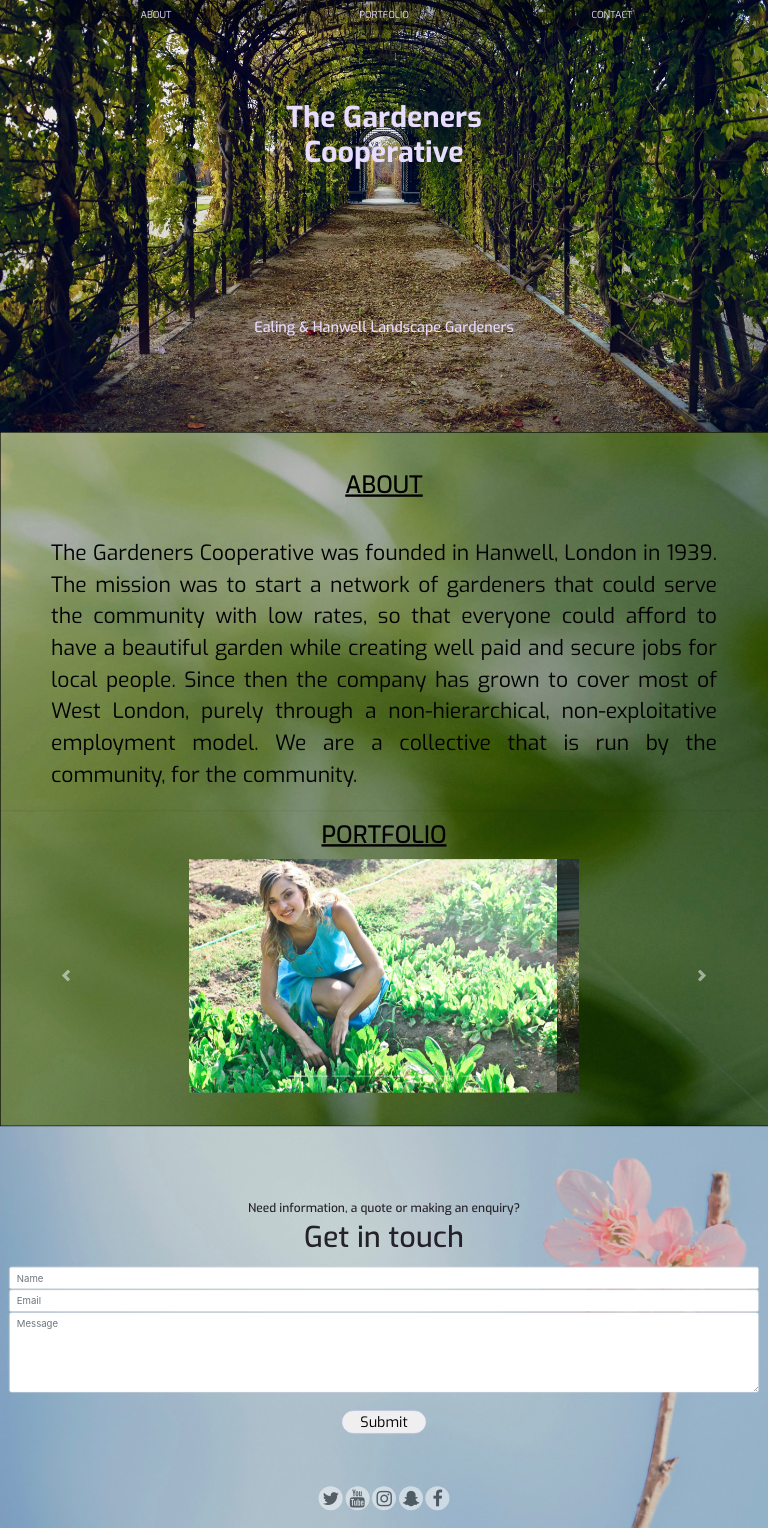
Repository: harrypars0ns/milestone-project
Page: index.html
The author's editor kept a record of every edit. The page is drawn from the files as they stood at one moment, then again after the next edit.
The browser window is 1280 px wide. The pictures show the whole page, at 60% of full size.
Backgrounds fixed to the window are drawn as part of the page.

Above is the page before.

### index.html
<!DOCTYPE html>
<html lang="en">

<head>
    <meta charset="UTF-8">
    <meta name="viewport" content="width=device-width, initial-scale=1.0">
    <meta http-equiv="X-UA-Compatible" content="ie=edge">
    <link rel="stylesheet" href="https://stackpath.bootstrapcdn.com/bootstrap/4.3.1/css/bootstrap.min.css" type="text/css" />
    <link rel="stylesheet" href="https://stackpath.bootstrapcdn.com/font-awesome/4.7.0/css/font-awesome.min.css" type="text/css" />
    <link rel="stylesheet" href="assets/css/style.css" type="text/css" />
    <title>Milestone</title>
</head>

<body>
    <!------------------------------------------------------NAV&LANDING>-->
    <div class="landing">
            <nav class='fixed-top container'>
                <div class="row">
                    <div class="col-4">
                        <a href="#about">ABOUT</a>
                    </div>
                    <div class="col-4">
                        <a href="#portfolio">PORTFOLIO</a>
                    </div>
                    <div class="col-4">
                        <a href="#contact">CONTACT</a>
                    </div>
                </div>
            </nav>


        <!-----------------------------------------TITLE---------------->



        <div id="landing" class="view">

            <div class="mask rgba-black-strong">

                <div class="container-fluid d-flex align-items-center justify-content-center h-100">

                    <div class="content row d-flex justify-content-center text-center">

                        <div class="col-md-10 shift">

                            <h2 class="font-weight-bold pt-5 mb-2">The Gardeners Cooperative</h2>



                            <h4>Ealing & Hanwell Landscape Gardeners</h4>


                        </div>

                    </div>

                </div>

            </div>

        </div>
    </div>




    <!------------------------------------------------------------------ABOUT->-->



    <div class='about' id='about'>

        <section class="info text-center">
            <div class="">
                <h1>ABOUT</h1>
            </div>

            <div class="container">
                <div class="row">
                    <div class="col">
                        <p>The Gardeners Cooperative was founded in Hanwell, London in 1939. The mission was to start a network of gardeners that could serve the community with low rates, so that everyone could afford to have a beautiful garden while creating
                            well paid and secure jobs for local people. Since then the company has grown to cover most of West London, purely through a non-hierarchical, non-exploitative employment model. We are a collective that is run by the community,
                            for the community.</p>
                    </div>

                </div>
            </div>

        </section>
        <hr>
        <!-------------------------------------------------------------------PORTFOLIO-->
        <div class="container-fluid portfolio" id='portfolio'>
            <div class="text-center">
                <h1>PORTFOLIO</h1>
            </div>
            <div class="portfolio">
                <div id="carouselExampleIndicators" class="carousel slide" data-ride="carousel">
                    <ol class="carousel-indicators">
                        <li data-target="#carouselExampleIndicators" data-slide-to="0" class="active"></li>
                        <li data-target="#carouselExampleIndicators" data-slide-to="1"></li>
                        <li data-target="#carouselExampleIndicators" data-slide-to="2"></li>
                        <li data-target="#carouselExampleIndicators" data-slide-to="3"></li>
                        <li data-target="#carouselExampleIndicators" data-slide-to="4"></li>
                        <li data-target="#carouselExampleIndicators" data-slide-to="5"></li>
                        <li data-target="#carouselExampleIndicators" data-slide-to="6"></li>
                        <li data-target="#carouselExampleIndicators" data-slide-to="7"></li>
                        <li data-target="#carouselExampleIndicators" data-slide-to="8"></li>

                    </ol>
                    <div class="carousel-inner">
                        <div class="carousel-item active">
                            <img class="d-block w-100 responsive" src="assets/images/lady.jpg" alt="First slide">
                        </div>
                        <div class="carousel-item">
                            <img class="d-block w-100 responsive" src="assets/images/lady2.jpg" alt="Second slide">
                        </div>
                        <div class="carousel-item">
                            <img class="d-block w-100 responsive" src="assets/images/flowers.jpg" alt="Third slide">
                        </div>
                        <div class="carousel-item">
                            <img class="d-block w-100 responsive" src="assets/images/lady4.jpg" alt="Fourth slide">
                        </div>
                        <div class="carousel-item">
                            <img class="d-block w-100 responsive" src="assets/images/bench.jpg" alt="Fifth slide">
                        </div>
                        <div class="carousel-item">
                            <img class="d-block w-100 responsive" src="assets/images/bloom.jpg" alt="Sixth slide">
                        </div>
                        <div class="carousel-item">
                            <img class="d-block w-100 responsive" src="assets/images/lady3.jpg" alt="Seventh slide">
                        </div>
                        <div class="carousel-item">
                            <img class="d-block w-100 responsive" src="assets/images/adult3.jpg" alt="Eighth slide">
                        </div>
                        <div class="carousel-item">
                            <img class="d-block w-100 responsive" src="assets/images/garden.jpg" alt="Nninth slide">
                        </div>
                    </div>
                    <a class="carousel-control-prev" href="#carouselExampleIndicators" role="button" data-slide="prev">
                        <span class="carousel-control-prev-icon" aria-hidden="true"></span>
                        <span class="sr-only">Previous</span>
                    </a>
                    <a class="carousel-control-next" href="#carouselExampleIndicators" role="button" data-slide="next">
                    <span class="carousel-control-next-icon" aria-hidden="true"></span>
                    <span class="sr-only">Next</span>
                    </a>
                </div>


            </div>


        </div>
    </div>

    <!-------------------------------------------------------------------CONTACT-->


    <div class='contact' id='contact'>

        <section class='container-fluid'>
            <div class="row form-page">
                <div class="col">
                    <div class="contact-info">
                        <h5 class='contact-heading question'>Need information, a quote or making an enquiry?</h4>
                            <h2 class='contact-heading'>Get in touch</h2>
                    </div>
                    <div class="form">
                        <form>
                            <input type="text" name="name" id "fullname" class='form-control' placeholder='Name' required/>
                            <input type="email" name="email" id "email" class='form-control' placeholder='Email' required/>
                            <textarea rows='5' name="message" id "message" class='form-control' placeholder='Message' required/></textarea>
                            <div class="submit">
                                <input id='submit' type="submit" value="Submit" />
                            </div>
                        </form>
                    </div>
                </div>
            </div>
        </section>


        <div class="footer" id='footer'>
            <div class="iconwrapper" <a href="#" class="fa fa-facebook">
                </a>
                <a href="#" class="fa inner fa-twitter" target='_blank'></a>
                <a href="#" class="fa inner fa-youtube" target='_blank'></a>
                <a href="#" class="fa inner fa-instagram" target='_blank'></a>
                <a href="#" class="fa inner fa-snapchat-ghost" target='_blank'></a>
                <a href="#" class="fa inner fa-facebook" target='_blank'></a>
            </div>
        </div>
    </div>








    <script src="https://code.jquery.com/jquery-3.3.1.slim.min.js" integrity="sha384-q8i/X+965DzO0rT7abK41JStQIAqVgRVzpbzo5smXKp4YfRvH+8abtTE1Pi6jizo" crossorigin="anonymous"></script>
    <script src="https://cdnjs.cloudflare.com/ajax/libs/popper.js/1.14.7/umd/popper.min.js" integrity="sha384-UO2eT0CpHqdSJQ6hJty5KVphtPhzWj9WO1clHTMGa3JDZwrnQq4sF86dIHNDz0W1" crossorigin="anonymous"></script>
    <script src="https://stackpath.bootstrapcdn.com/bootstrap/4.3.1/js/bootstrap.min.js" integrity="sha384-JjSmVgyd0p3pXB1rRibZUAYoIIy6OrQ6VrjIEaFf/nJGzIxFDsf4x0xIM+B07jRM" crossorigin="anonymous"></script>

</body>

</html>

### assets/css/style.css
@import url('https://fonts.googleapis.com/css?family=Roboto:100,100i,300,300i,400,400i,500,500i,700&display=swap');
@import url('https://fonts.googleapis.com/css?family=Exo:100,200,300,400,500,600,700&display=swap');



/*----------------------------------------- LANDING*/

.landing {
    background-image: url('../images/landing3.jpg');
    height: 100%;
    background-attachment: fixed;
    background-position: bottom;
    background-repeat: no-repeat;
    background-size: cover;
    border: 0px;
    z-index: 1;
    padding-bottom: 10%;
}


body {
    padding: 0;
    background: black;
}

html,
body,
header,
#intro {
    height: 100%;
    width: 100%;
    color: #e8dcff;


}






.content {
    margin-top: 12%;
    font-family: 'Exo', sans-serif;


}

h2 {
    font-size: 3em;
}

h4 {
    padding-top: 50%;
}




/*.btn-outline {*/
/*    color: #e8dcff;*/
/*    margin-top: 5%;*/
/*}*/

/*.btn-outline:hover {*/
/*    color: rgba(112, 241, 146, 0.9);*/
/*}*/


/*-------------------------------------------------------NAV*/

nav {
    color: #e8dcff;
    text-align: center;
    font-family: 'Exo', sans-serif;
    padding: 1%;
    background: rgba(0, 0, 0, 0.3);
    background-clip: padding-box;
    /*width: 100%;*/
}

nav a {
    color: #e8dcff;
    text-decoration: none;

}



nav a:hover {
    color: #e8dcff;
    right: 0;
    text-decoration: none;
}

nav a:hover:after {
    border-color: #e8dcff;
    right: 0;
}

nav a:after {
    border-radius: 1em;
    border-top: .1em solid #e8dcff;
    content: "";
    position: absolute;
    right: 100%;
    bottom: .14em;
    left: 0;
    transition: right .4s cubic-bezier(0, .5, 0, 1),
    border-color .4s ease-out;
}

nav a:hover:after {
    right: 0;
}





.no-padding {
    padding: 0 !important;
}




/*----------------------------------------- ABOUT*/

.about {

    background-image: url('../images/about.jpg');

    /*background-position: center;*/
    background-repeat: no-repeat;

    background-size: cover;

    border: 0.1px solid rgba(0, 0, 0, 0);

}




.info {


    font-family: "Exo", sans-serif;

    color: #000000;

    margin-top: 15%;

}

.info h1 {


    text-decoration: underline;

}

.info p {

    font-size: 1em;

    padding-top: 5%;

    text-align: justify;


}

/*----------------------------------------- portfolio*/

#portfolio {
    margin-bottom: 55px;
}

.portfolio {
    font-family: "Exo", sans-serif;

    color: #000000;



    margin-top: 1em;

    text-decoration: underline;
}



.carousel {
    margin-bottom: 40px;

}



/*----------------------------------------- CONTACT*/

.contact {

    background-image: url('../images/pink.jpg');
    background-attachment: fixed;
    background-repeat: no-repeat;
    background-size: cover;

}

.contact-info {
    font-family: "Exo", sans-serif;
    text-align: center;
    /*color: #e8dcff;*/
    color: #252129;


    margin-top: 3em;
    margin-bottom: 20px;

}

/*.contact-info h4 {*/

/*    text-decoration: uppercase;*/

/*}*/

.form {
    margin-bottom: 7%;


}

#submit {
    font-family: 'Exo', sans-serif;
    font-size: 150%;
    border: 1px solid #e8dcff;
    border-radius: 50px 50px;
    padding: 0px 30px;
}

.submit {
    text-align: center;
    padding-top: 30px;


}

/*-----------------------------------------ICONS/FOOTER*/

.footer {
    text-align: center;
    padding-bottom: 30px;
    /*padding-bottom: -10px;*/
}

.iconwrappper {}

.icon {
    display: inline-block;
    text-align: center;


}



.fa {
    padding-top: 5px;
    font-size: 30px;
    height: 40px;
    width: 40px;
    text-align: center;
    text-decoration: none;
    border-radius: 50%;
    background: #fff;
    color: white;
    opacity: 0.5;
}

.fa:hover {
    opacity: 0.9;
    text-decoration: none;
    color: #000;
}

.inner {
    padding-left: 1px;
    color: #000;
}

.fa-youtube {
    padding-right: 1px;

}

/*--------------------------------------------MEDIA Queries */

@media (min-height: 750px) {
    h4 {
        margin-top: 70%;
    }
}

@media (max-height: 500px) {
    .btn {
        margin-top: 0px;
    }
    h4 {
        margin-top: 0%;
        padding-top: 0%;
    }
}

@media (max-width: 1000px) {
    .info p {
        font-size: 21px;
    }
}

@media (min-width: 600px) {
    h4 {
        padding-top: 0px;
    }
    .info {
        margin-top: 5%;
    }
}

@media (min-width: 1000px) {

    h4 {
        margin-top: 50%;
    }



    .info {

        font-size: 2.2em;

    }

    .portfolio h2 {
        padding-top: 50px;
    }

    .carousel {
        padding: 0px 300px;
    }

    .contact-info {
        margin-top: 10%;
    }

       .shift {
        position: relative;
        bottom: 30px;
    }

}



@media (min-width: 1300px) {
    .form {
        padding-right: 250px;
        padding-left: 250px
    }

}

After the next edit:
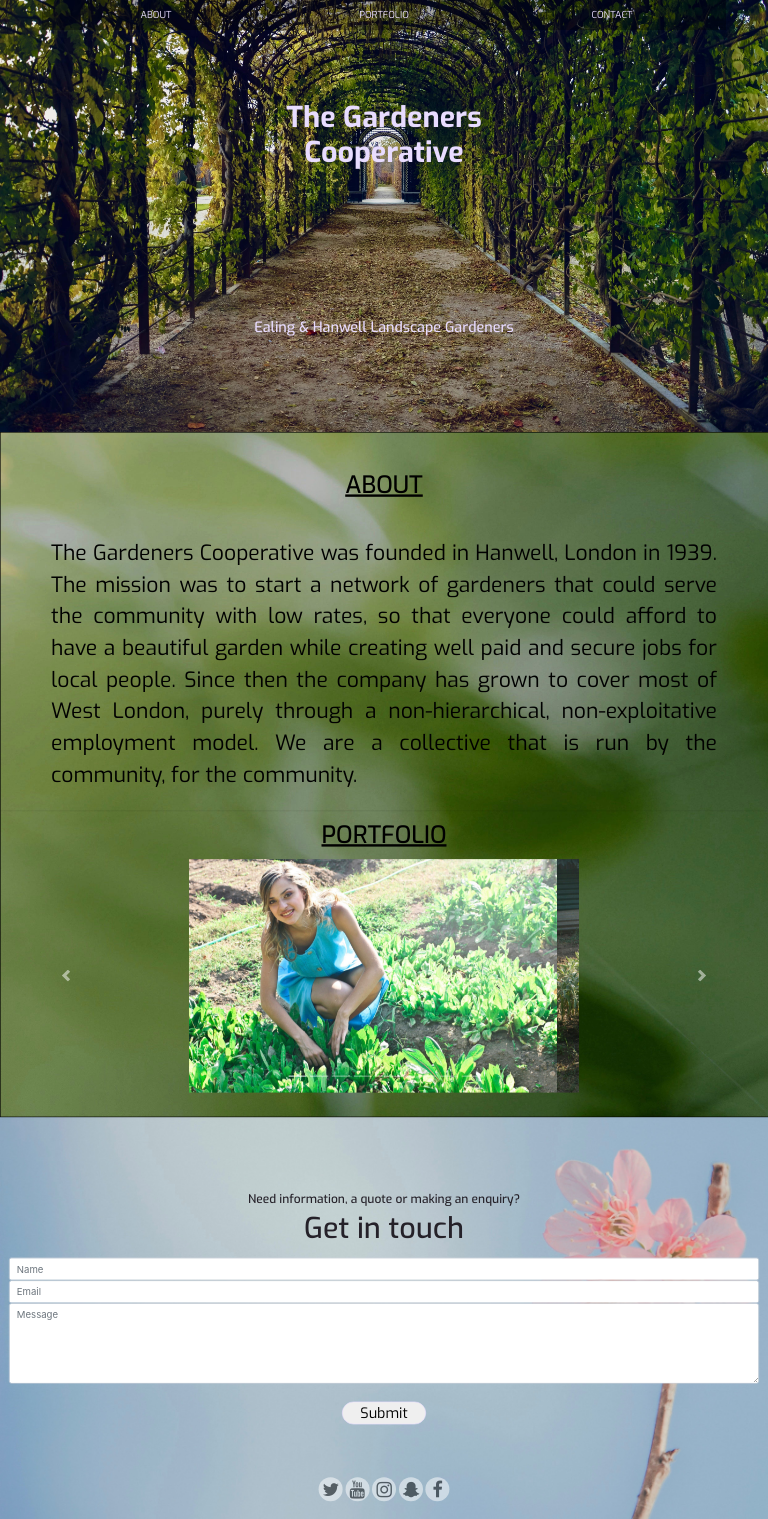
The edit:
--- a/index.html
+++ b/index.html
@@ -89,7 +89,7 @@
         </section>
         <hr>
         <!-------------------------------------------------------------------PORTFOLIO-->
-        <div class="container-fluid portfolio" id='portfolio'>
+        <div class="container-fluid portfolio">
             <div class="text-center">
                 <h1>PORTFOLIO</h1>
             </div>
